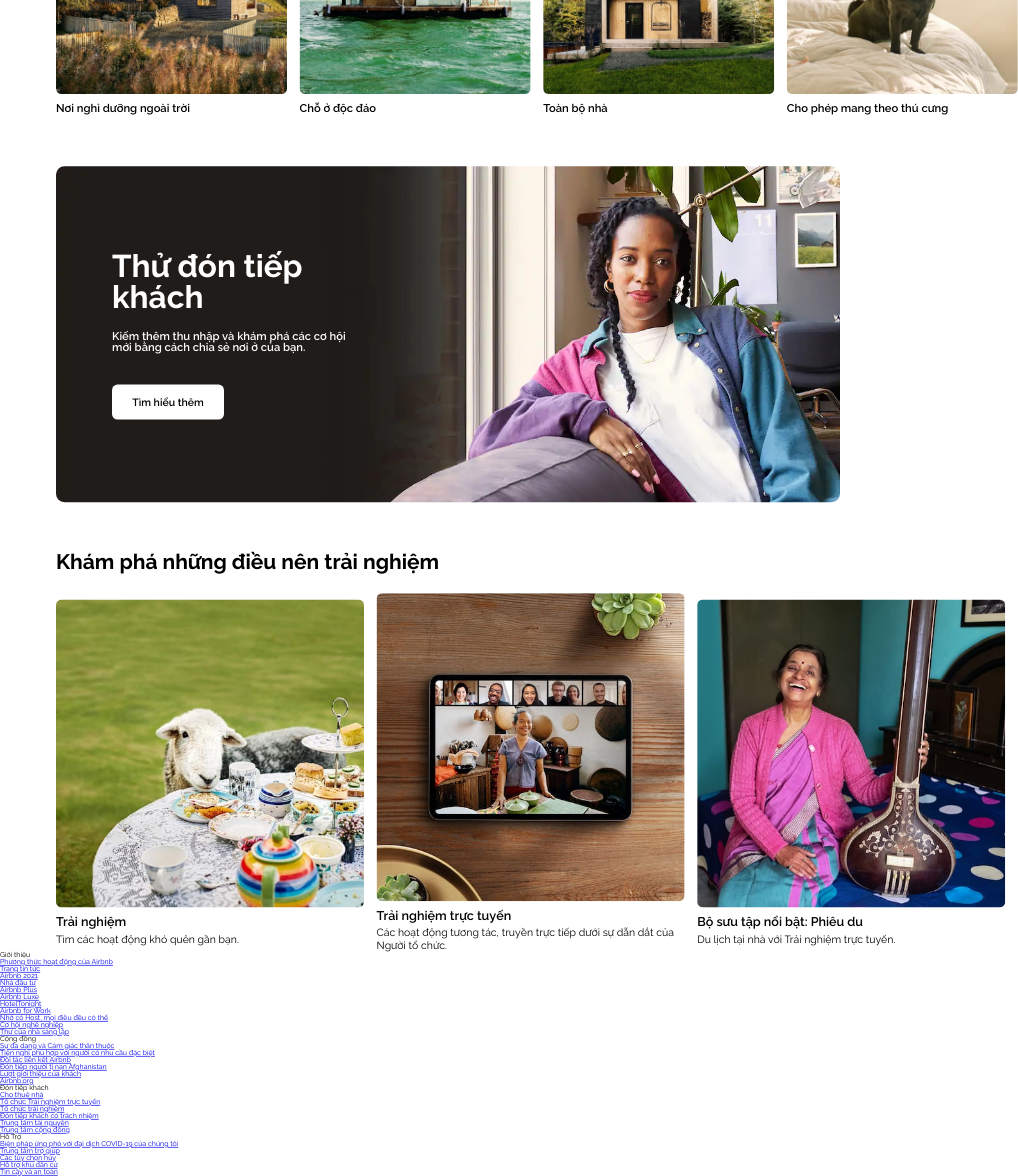
Repository: vanntrong/airbnb-clone
Page: index.html
These files come from the project's save history. The page is drawn as it stood at one moment and after the next save; the edit follows.
The browser window is 1280 px wide. The page is 1454 px wide, so the pictures cover 1454 px, including what lies to the right of the window. The pictures show the part of the page from y = 978 to 2658 px (the page is 2658 px tall), at 70% of full size.

Above is the page before, as saved 2021-09-23 16:46:35.

### index.html
<!DOCTYPE html>
<html lang="en">
  <head>
    <meta charset="UTF-8" />
    <meta http-equiv="X-UA-Compatible" content="IE=edge" />
    <meta name="viewport" content="width=device-width, initial-scale=1.0" />
    <title>AirBnB</title>
    <link href="https://fonts.googleapis.com/css2?family=Material+Icons" rel="stylesheet" />
    <link rel="preconnect" href="https://fonts.googleapis.com" />
    <link rel="preconnect" href="https://fonts.gstatic.com" crossorigin />
    <link rel="preconnect" href="https://fonts.googleapis.com" />
    <link rel="preconnect" href="https://fonts.gstatic.com" crossorigin />
    <link
      href="https://fonts.googleapis.com/css2?family=Raleway:wght@200;300;400;500;600;700&display=swap"
      rel="stylesheet"
    />
    <link href="https://fonts.googleapis.com/css2?family=Material+Icons+Outlined" rel="stylesheet" />
    <link href="https://fonts.googleapis.com/css2?family=Material+Icons+Round" rel="stylesheet" />
    <link href="https://fonts.googleapis.com/css2?family=Material+Icons+Sharp" rel="stylesheet" />
    <link href="https://fonts.googleapis.com/css2?family=Material+Icons+Two+Tone" rel="stylesheet" />
    <link rel="stylesheet" href="./assets/css/reset.css" />
    <link rel="stylesheet" href="./assets/css/base.css" />
    <link rel="stylesheet" href="./assets/css/style.css" />
  </head>
  <body>
    <header class="header">
      <div class="header__covid">
        <a href="https://covid19.gov.vn/">Nhận thông tin mới nhất về biện pháp ứng phó COVID-19 của chúng tôi</a>
      </div>
      <div class="header__container">
        <nav class="header__nav">
          <div class="header__logo">
            <a href="" class="header__logo-link">
              <img src="./assets/images/logo.png" alt="Logo AirBnb" class="header__logo-img" />
              <span class="header__logo-name">airbnb</span>
            </a>
          </div>
          <div class="header__exp">
            <ul class="header__exp-list">
              <li class="header__exp-item">
                <div class="header-exp-link active">Nơi ở</div>
              </li>
              <li class="header__exp-item">
                <div class="header-exp-link">Trải nghiệm</div>
              </li>
              <li class="header__exp-item">
                <div class="header-exp-link">Trải nghiệm trực tuyến</div>
              </li>
            </ul>
          </div>
          <div class="header__user">
            <div class="header__user-register">
              <span>Trở thành chủ nhà</span>
            </div>
            <div class="header__user-language">
              <span class="material-icons-outlined"> language </span>
            </div>
            <div class="header__user-menu">
              <span class="material-icons-outlined header__user-icon"> menu </span>
              <img src="./assets/images/user-avatar.png" class="header__user-avatar" />
            </div>
          </div>
        </nav>

        <div class="header__search">
          <div class="header__search-place">
            <h4 class="header__search-text">Địa điểm</h4>
            <input type="text" placeholder="Bạn sắp đi đâu ?" class="header__search-input" />
          </div>
          <div class="header__search-room">
            <h4 class="header__search-text">Nhận phòng</h4>
            <p class="header__add-date">Thêm ngày</p>
          </div>
          <div class="header__search-room">
            <h4 class="header__search-text">Trả phòng</h4>
            <p class="header__add-date">Thêm ngày</p>
          </div>
          <div class="header__search-guest">
            <div class="header__search-wrapper">
              <h4 class="header__search-text">Khách</h4>
              <p class="header__add-date">Thêm khách</p>
            </div>
            <div class="header-guest-search">
              <span class="material-icons-outlined"> search </span>
              <!-- <p class="header-guest-text">Tìm kiếm</p> -->
            </div>
          </div>
        </div>

        <div class="header__title">
          <h2 class="header__title-text">Bạn chưa biết nên đi đâu? Tuyệt!</h2>
          <div class="header__title-btn"><span>Tìm kiếm linh hoạt</span></div>
        </div>
      </div>
    </header>
    <div class="banner">
      <h2 class="banner__heading">Ở bất cứ đâu</h2>
      <div class="banner__container">
        <ul class="banner__list">
          <li class="banner__item">
            <img src="./assets/images/banner/banner1.png" class="banner__item-img" />
            <span class="banner__item-text">Nơi nghỉ dưỡng ngoài trời</span>
          </li>
          <li class="banner__item">
            <img src="./assets/images/banner/banner2.png" class="banner__item-img" />
            <span class="banner__item-text">Chỗ ở độc đáo</span>
          </li>
          <li class="banner__item">
            <img src="./assets/images/banner/banner3.png" class="banner__item-img" />
            <span class="banner__item-text">Toàn bộ nhà</span>
          </li>
          <li class="banner__item">
            <img src="./assets/images/banner/banner4.png" class="banner__item-img" />
            <span class="banner__item-text">Cho phép mang theo thú cưng</span>
          </li>
        </ul>
      </div>
    </div>
    <div class="container">
      <div class="container__top">
        <div class="container__top-title">
          <h2 class="container-title-heading">Thử đón tiếp khách</h2>
          <p class="container-title-text">
            Kiếm thêm thu nhập và khám phá các cơ hội mới bằng cách chia sẻ nơi ở của bạn.
          </p>
          <div class="container-title-btn"><span>Tìm hiểu thêm</span></div>
        </div>
      </div>
      <div class="container__bottom">
        <h2 class="container__bottom-heading">Khám phá những điều nên trải nghiệm</h2>
        <ul class="container__bottom-list">
          <li class="container__bottom-item">
            <img src="./assets/images/container/container__item-1.png" class="container__item-img" />
            <h4 class="container__item-heading">Trải nghiệm</h4>
            <p class="container__item-text">Tìm các hoạt động khó quên gần bạn.</p>
          </li>
          <li class="container__bottom-item">
            <img src="./assets/images/container/container__item-2.png" class="container__item-img" />
            <h4 class="container__item-heading">Trải nghiệm trực tuyến</h4>
            <p class="container__item-text">
              Các hoạt động tương tác, truyền trực tiếp dưới sự dẫn dắt của Người tổ chức.
            </p>
          </li>
          <li class="container__bottom-item">
            <img src="./assets/images/container/container__item-3.png" class="container__item-img" />
            <h4 class="container__item-heading">Bộ sưu tập nổi bật: Phiêu du</h4>
            <p class="container__item-text">Du lịch tại nhà với Trải nghiệm trực tuyến.</p>
          </li>
        </ul>
      </div>
    </div>
    <footer class="footer">
      <div class="footer__top">
        <ul class="footer__top-list">
          <span>Giới thiệu</span>
          <li class="footer__top-item"><a href="#">Phương thức hoạt động của Airbnb</a></li>
          <li class="footer__top-item"><a href="#">Trang tin tức</a></li>
          <li class="footer__top-item"><a href="#">Airbnb 2021</a></li>
          <li class="footer__top-item"><a href="#">Nhà đầu tư</a></li>
          <li class="footer__top-item"><a href="#">Airbnb Plus</a></li>
          <li class="footer__top-item"><a href="#">Airbnb Luxe</a></li>
          <li class="footer__top-item"><a href="#">HotelTonight</a></li>
          <li class="footer__top-item"><a href="#">Airbnb for Work</a></li>
          <li class="footer__top-item"><a href="#">Nhờ có Host, mọi điều đều có thể</a></li>
          <li class="footer__top-item"><a href="#">Cơ hội nghề nghiệp</a></li>
          <li class="footer__top-item">
            <a href="#">Thư của nhà sáng lập</a>
          </li>
        </ul>
        <ul class="footer__top-list">
          <span>Cộng đồng</span>
          <li class="footer__top-item">
            <a href="#" class="footer__item-link">Sự đa dạng và Cảm giác thân thuộc</a>
          </li>
          <li class="footer__top-item">
            <a href="#" class="footer__item-link">Tiện nghi phù hợp với người có nhu cầu đặc biệt</a>
          </li>
          <li class="footer__top-item">
            <a href="#" class="footer__item-link">Đối tác liên kết Airbnb</a>
          </li>
          <li class="footer__top-item">
            <a href="#" class="footer__item-link">Đón tiếp người tị nạn Afghanistan</a>
          </li>
          <li class="footer__top-item">
            <a href="#" class="footer__item-link">Lượt giới thiệu của khách</a>
          </li>
          <li class="footer__top-item">
            <a href="#" class="footer__item-link">Airbnb.org</a>
          </li>
        </ul>
        <ul class="footer__top-list">
          <span>Đón tiếp khách</span>
          <li class="footer__top-item">
            <a href="#" class="footer__item-link">Cho thuê nhà</a>
          </li>
          <li class="footer__top-item">
            <a href="#" class="footer__item-link">Tổ chức Trải nghiệm trực tuyến</a>
          </li>
          <li class="footer__top-item">
            <a href="#" class="footer__item-link">Tổ chức trải nghiệm</a>
          </li>
          <li class="footer__top-item">
            <a href="#" class="footer__item-link">Đón tiếp khách có trách nhiệm</a>
          </li>
          <li class="footer__top-item">
            <a href="#" class="footer__item-link">Trung tâm tài nguyên</a>
          </li>
          <li class="footer__top-item">
            <a href="#" class="footer__item-link"> Trung tâm cộng đồng </a>
          </li>
        </ul>
        <ul class="footer__top-list">
          <span>Hỗ Trợ</span>
          <li class="footer__top-item">
            <a href="#" class="footer__item-link">Biện pháp ứng phó với đại dịch COVID-19 của chúng tôi</a>
          </li>
          <li class="footer__top-item">
            <a href="#" class="footer__item-link">Trung tâm trợ giúp</a>
          </li>
          <li class="footer__top-item">
            <a href="#" class="footer__item-link">Các tùy chọn hủy</a>
          </li>
          <li class="footer__top-item">
            <a href="#" class="footer__item-link">Hỗ trợ khu dân cư</a>
          </li>
          <li class="footer__top-item">
            <a href="#" class="footer__item-link">Tin cậy và an toàn</a>
          </li>
        </ul>
      </div>
    </footer>
  </body>
</html>

### assets/css/base.css
html {
  font-family: "Raleway", sans-serif;
  font-size: 62.5%;
}
* {
  box-sizing: border-box;
}

:root {
  --text-color: #484848;
}

### assets/css/style.css
.header {
  width: 100%;
}

.header__covid {
  width: 100%;
  height: 58px;
  background-color: #222;
}

.header__covid a {
  display: inline-block;
  position: relative;
  left: 50%;
  top: 50%;
  transform: translate(-50%, -50%);
  color: #a3a3a3;
  font-size: 1.5rem;
  font-weight: 400;
}

.header__covid a:hover {
  color: #5c5c5c;
}

.header__container {
  width: 100%;
  background-image: url("../images/background.jpg");
  background-size: contain;
  height: 620px;
}

.header__nav {
  padding: 16px 80px;
  display: flex;
  align-items: flex-start;
  justify-content: space-between;
}

.header__logo {
}

.header__logo-link {
  text-decoration: none;
  color: #fff;
  font-size: 2.4rem;
  display: flex;
  align-items: center;
  font-weight: 600;
}

.header__logo-img {
  width: 40px;
  height: 46px;
  margin-right: 6px;
}

.header__exp {
  margin-top: 10px;
  margin-left: 175px;
}

.header__exp-list {
  display: flex;
  align-items: center;
}

.header-exp-link {
  color: #fff;
  font-size: 1.6rem;
  font-weight: 400;
  margin: 0 12px;
  position: relative;
  cursor: pointer;
}

.header-exp-link::after {
  content: "";
  position: absolute;
  width: 18px;
  height: 2px;
  bottom: -13px;
  left: 50%;
  transform: translateX(-50%);
  background-color: #fff;
  display: none;
}

.header-exp-link:hover {
  display: block;
  opacity: 0.6;
}

.header-exp-link:hover::after {
  display: block;
}

.header-exp-link.active::after {
  display: block;
  opacity: unset;
}

.active:hover {
  opacity: unset;
  cursor: default;
}

.header__user {
  display: flex;
  align-items: center;
}

.header__user-register {
  font-size: 1.4rem;
  font-weight: 600;
  padding: 16px;
  border-radius: 35px;
  margin-right: 10px;
  color: #fff;
}

.header__user-register:hover {
  background: rgba(238, 238, 238, 0.2);
  cursor: pointer;
}

.header__user-language {
  color: #fff;
  padding: 16px;
  margin: 0 12px 0 -14px;
  border-radius: 35px;
}

.header__user-language:hover {
  background: rgba(238, 238, 238, 0.2);
  cursor: pointer;
}

.header__user-language span {
  font-size: 2rem;
}

.header__user-menu {
  display: flex;
  align-items: center;
  padding: 4px;
  background-color: #fff;
  border-radius: 25px;
  cursor: pointer;
  border: 1px solid rgba(221, 221, 221, 0.8);
}

.header__user-icon {
  padding: 4px 6px 4px 10px;
}

.header__user-avatar {
  width: 32px;
}

.header__search {
  display: flex;
  align-items: center;
  justify-content: space-between;
  max-width: 850px;
  margin: auto;
  background-color: #fff;
  border-radius: 35px;
  /* box-shadow: 0 2px 2px #d0d0b7; */
}

.header__search-place {
  flex-grow: 2;
  padding: 16px 24px;
  height: 100%;
  position: relative;
}

.header__search-place::after {
  content: "";
  width: 0.5px;
  height: 50%;
  position: absolute;
  background-color: #ddd;
  top: 50%;
  transform: translateY(-50%);
  right: 0;
  display: block;
}

.header__search-place:hover {
  background-color: #eee;
  border-radius: 40px;
  cursor: pointer;
}

.header__search-place:hover::after {
  display: none;
}

.header__search-text {
  font-size: 1.2rem;
  font-weight: 700;
  margin-bottom: 6px;
}

.header__search-input {
  width: 100%;
  border: none;
  background-color: transparent;
  font-size: 1.4rem;
  outline: none;
}

.header__search-room {
  flex-grow: 1;
  height: 100%;
  padding: 16px 24px;
  position: relative;
}

.header__search-room::after {
  content: "";
  position: absolute;
  background-color: #ddd;
  width: 1px;
  height: 50%;
  top: 50%;
  right: 0;
  transform: translateY(-50%);
  display: block;
}

.header__search-room:hover {
  background-color: #eee;
  border-radius: 40px;
  cursor: pointer;
}

.header__search-room:hover::after {
  display: none;
}

.header__add-date {
  font-size: 1.3rem;
  color: var(--text-color);
}

.header__search-guest {
  height: 100%;
  flex-grow: 1;
  display: flex;
  justify-content: space-between;
  align-items: center;
}

.header__search-guest:hover {
  background-color: #eee;
  border-radius: 40px;
  cursor: pointer;
}

.header__search-wrapper {
  padding: 16px 24px;
}

.header-guest-search {
  background-color: #ff385c;
  color: #fff;
  width: 48px;
  height: 48px;
  border-radius: 40px;
  padding: 16px 24px;
  margin-right: 8px;
}

.header-guest-search span {
  display: inline-block;
  position: relative;
  left: 50%;
  top: 50%;
  transform: translate(-50%, -50%);
}

.header__title {
  margin-top: 185px;
  position: relative;
  left: 50%;
  transform: translateX(-50%);
  display: inline-block;
  cursor: pointer;
}
.header__title-text {
  font-size: 1.8rem;
  font-weight: 600;
}
.header__title-btn {
  margin-top: 20px;
  text-align: center;
  width: 100%;
  height: 60px;
  background-color: #fff;
  border-radius: 40px;
  box-shadow: 4px 4px 10px rgb(0 0 0 / 10%);
  display: flex;
  align-items: center;
  justify-content: center;
}
.header__title-btn span {
  display: block;
  font-size: 1.8rem;
  font-weight: 700;
  background-image: linear-gradient(0.25turn, #70019c, #ad0186);
  /* fill color text */
  background-clip: text;
  -webkit-background-clip: text;
  -webkit-text-fill-color: transparent;
}

.banner {
  margin-top: 40px;
  padding: 0 80px;
}

.banner__heading {
  margin-bottom: 35px;
  font-size: 3rem;
  font-weight: 700;
}

.banner__list {
  display: flex;
  align-items: center;
  justify-content: space-between;
}

.banner__item {
  margin-right: 18px;
  cursor: pointer;
}

.banner__item-img {
  width: 330px;
  border-radius: 8px;
}

.banner__item-text {
  margin-top: 10px;
  display: block;
  font-size: 1.6rem;
  font-weight: 600;
}

.container {
  padding: 0 80px;
}

.container__top {
  margin-top: 75px;
  height: 480px;
  background: url("../images/container/container__background.png");
  background-size: cover;
  background-repeat: no-repeat;
  border-radius: 12px;
  overflow: hidden;
}

.container__top-title {
  width: 365px;
  height: 245px;
  margin-top: 120px;
  margin-left: 80px;
  color: #fff;
}

.container-title-heading {
  font-size: 4.5rem;
  font-weight: 700;
  margin-bottom: 25px;
}

.container-title-text {
  font-size: 1.6rem;
  font-weight: 600;
}

.container-title-btn {
  margin-top: 45px;
  width: 160px;
  height: 50px;
  text-align: center;
  background-color: #fff;
  color: #000;
  display: flex;
  align-items: center;
  justify-content: center;
  font-size: 1.5rem;
  font-weight: 600;
  border-radius: 8px;
}

.container__bottom {
  margin-top: 70px;
}

.container__bottom-heading {
  font-size: 3rem;
  font-weight: 700;
  margin-bottom: 30px;
}

.container__bottom-list {
  display: flex;
  align-items: center;
  cursor: pointer;
}

.container__bottom-item {
  margin-right: 18px;
}

.container__item-img {
  width: 440px;
  border-radius: 8px;
}

.container__item-heading {
  margin-top: 10px;
  font-size: 1.8rem;
  font-weight: 600;
}

.container__item-text {
  margin-top: 6px;
  font-size: 1.5rem;
  line-height: 1.8rem;
}

Loaded but not shown: assets/css/reset.css (common file)

After the next save:
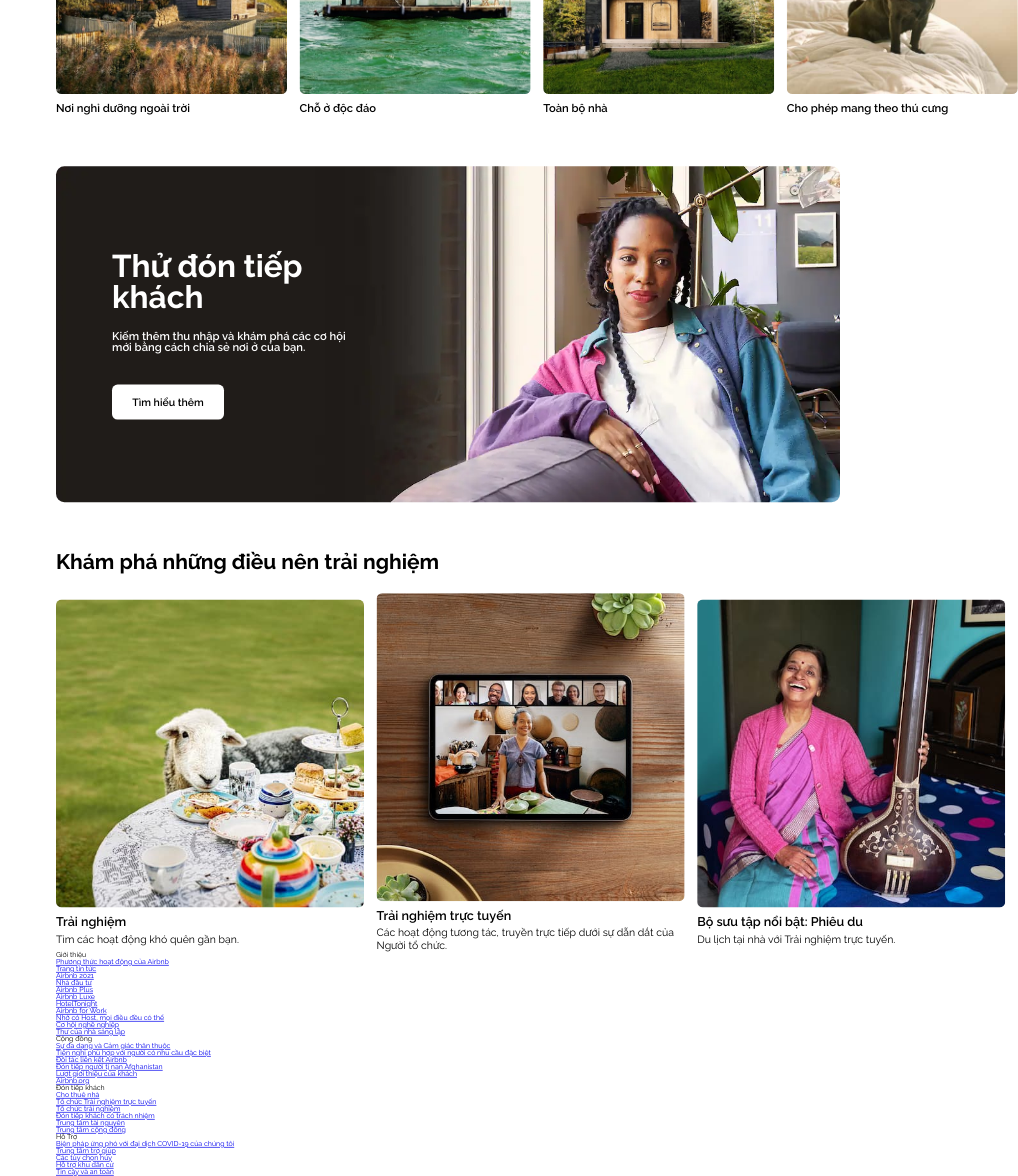
Saved 30 s later.
--- a/assets/css/style.css
+++ b/assets/css/style.css
@@ -435,3 +435,7 @@
   font-size: 1.5rem;
   line-height: 1.8rem;
 }
+
+.footer {
+  padding: 0 80px;
+}
